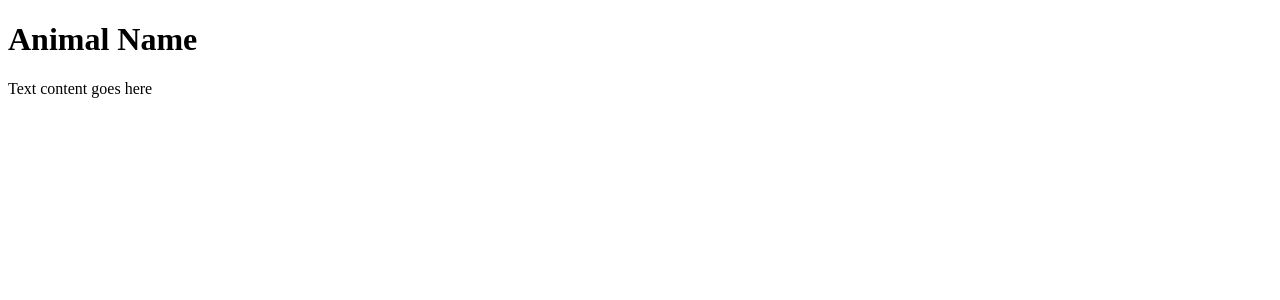
Repository: alsullivan14/LS170
Page: simple_http_server/www/tiger.html
The author's editor kept a record of every edit. The page is drawn from the files as they stood at one moment, then again after the next edit.
The browser window is 1280 px wide. The pictures show the whole page.

Above is the page before.

### simple_http_server/www/tiger.html
<!DOCTYPE html>
<html lang="en">
  <head>
    <meta charset="utf-8">
    <title>Tiger | Big Cat Wiki</title>
  </head>
  <body>
    <h1>Animal Name</h1>
    <p>Text content goes here</p>
  </body>
</html>

After the next edit:
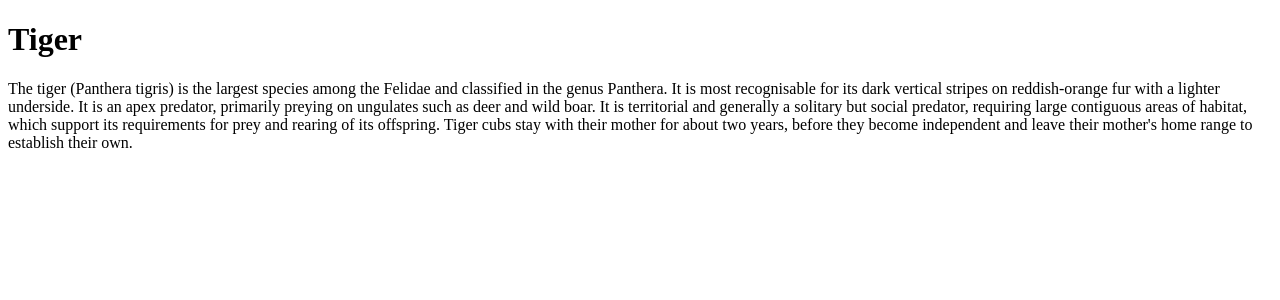
The edit:
--- a/simple_http_server/www/tiger.html
+++ b/simple_http_server/www/tiger.html
@@ -5,7 +5,7 @@
     <title>Tiger | Big Cat Wiki</title>
   </head>
   <body>
-    <h1>Animal Name</h1>
-    <p>Text content goes here</p>
+    <h1>Tiger</h1>
+    <p>The tiger (Panthera tigris) is the largest species among the Felidae and classified in the genus Panthera. It is most recognisable for its dark vertical stripes on reddish-orange fur with a lighter underside. It is an apex predator, primarily preying on ungulates such as deer and wild boar. It is territorial and generally a solitary but social predator, requiring large contiguous areas of habitat, which support its requirements for prey and rearing of its offspring. Tiger cubs stay with their mother for about two years, before they become independent and leave their mother's home range to establish their own.</p>
   </body>
 </html>
